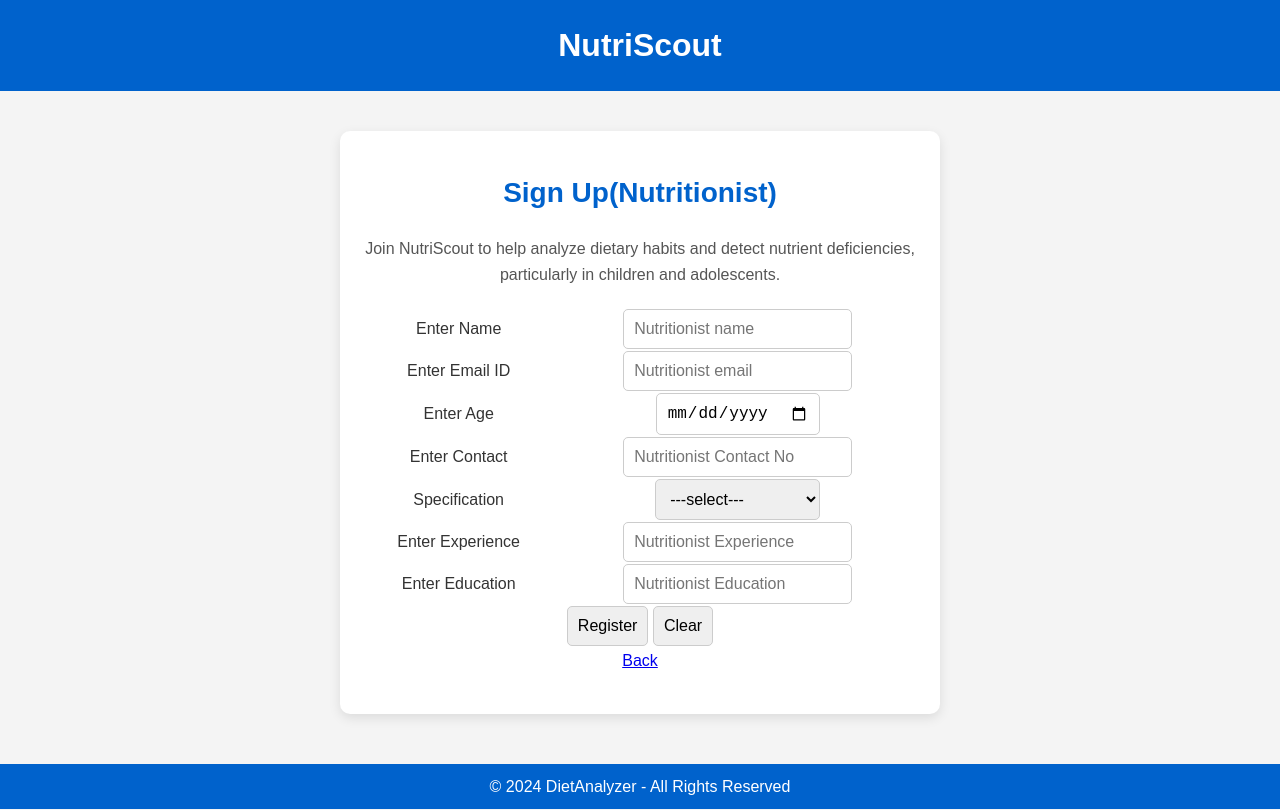
Repository: chaitanyasivathmika/NutrientDiet
Page: http://localhost/NutrientDiet/nusignup.jsp
An editor plug-in stored every save of this project. The page is shown before and after the next save, followed by the edit.
The browser window is 1280 px wide. The pictures show the whole page.
The page is served by Tomcat 10.

Above is the page before, as saved 2024-11-16 16:31:09.

After the next save:
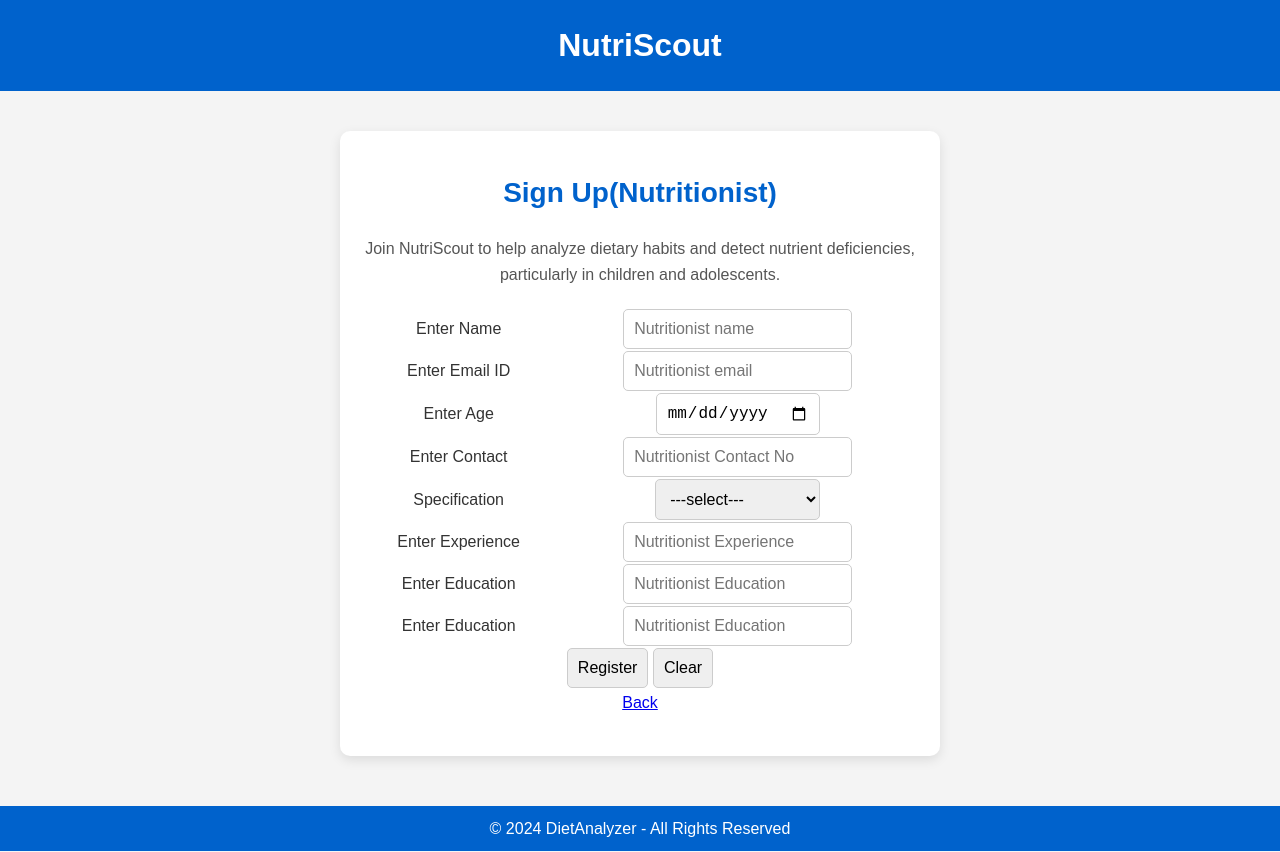
Saved 8 s later.
--- a/NutrientDiet/src/main/webapp/nusignup.jsp
+++ b/NutrientDiet/src/main/webapp/nusignup.jsp
@@ -177,6 +177,10 @@ footer {
                     <td><label for="neducation">Enter Education</label></td>
                     <td><input type="text" id="neducation" name="neducation" required placeholder="Nutritionist Education"/></td>
                 </tr>
+                                <tr>
+                    <td><label for="neducation">Enter Education</label></td>
+                    <td><input type="text" id="neducation" name="neducation" required placeholder="Nutritionist Education"/></td>
+                </tr>
 
 
 
